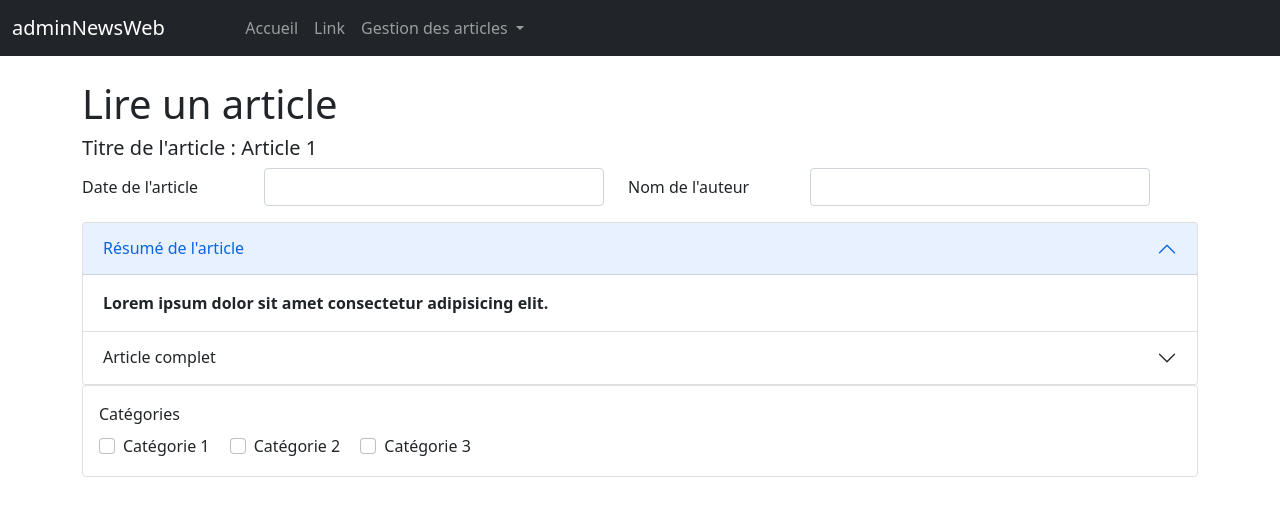
Repository: WebFormP/NewsWeb_PHP
Page: http://localhost/admin/?p=lireArticle
An editor plug-in stored every save of this project. The page is shown before and after the next save, followed by the edit.
The browser window is 1280 px wide. The pictures show the whole page.
The page is run by PHP 8.4 with error messages shown; the project is at /var/www/html/.

Above is the page before, as saved 2022-01-20 13:53:04.

### admin/index.php
<?php

include "./header.php";
include "./" . (isset($_GET["p"]) && !empty($_GET["p"]) ? $_GET["p"] : "lireTousArticles") . ".php";
include "./footer.php";

### admin/header.php
<?php
?>
<!doctype html>
<html lang="fr">

<head>
    <!-- Required meta tags -->
    <meta charset="utf-8">
    <meta name="viewport" content="width=device-width, initial-scale=1">

    <!-- Bootstrap CSS -->
    <link href="https://cdn.jsdelivr.net/npm/bootstrap@5.1.3/dist/css/bootstrap.min.css" rel="stylesheet" integrity="sha384-1BmE4kWBq78iYhFldvKuhfTAU6auU8tT94WrHftjDbrCEXSU1oBoqyl2QvZ6jIW3" crossorigin="anonymous">

    <title>NewsWeb - Créer un article</title>
</head>

<body>
    <nav class="navbar navbar-expand-lg navbar-dark bg-dark mb-4">
        <div class="container-fluid">
            <a class="navbar-brand col-2" href="#">adminNewsWeb</a>
            <button class="navbar-toggler" type="button" data-bs-toggle="collapse" data-bs-target="#navbarSupportedContent" aria-controls="navbarSupportedContent" aria-expanded="false" aria-label="Toggle navigation">
                <span class="navbar-toggler-icon"></span>
            </button>
            <div class="collapse navbar-collapse" id="navbarSupportedContent">
                <ul class="navbar-nav me-auto mb-2 mb-lg-0 col-10">
                    <li class="nav-item">
                        <a class="nav-link" aria-current="page" href="./">Accueil</a>
                    </li>
                    <li class="nav-item">
                        <a class="nav-link" href="./">Link</a>
                    </li>
                    <li class="nav-item dropdown">
                        <a class="nav-link dropdown-toggle" href="#" id="navbarDropdown" role="button" data-bs-toggle="dropdown" aria-expanded="false">
                            Gestion des articles
                        </a>
                        <ul class="dropdown-menu" aria-labelledby="navbarDropdown">
                            <li><a class="dropdown-item" href="./?p=lireArticle">Lire un article</a></li>
                            <li><a class="dropdown-item" href="./?p=creerArticle">Créer un article</a></li>
                            <li><a class="dropdown-item" href="./?p=modifierArticle">Modifier un article</a></li>
                            <li><a class="dropdown-item" href="./?p=supprimerArticle">Supprimer un article</a></li>
                            <li>
                                <hr class="dropdown-divider">
                            </li>
                            <li><a class="dropdown-item" href="./?p=lireTousArticles">Liste des articles</a></li>
                        </ul>
                    </li>
                </ul>
            </div>
        </div>
    </nav>

### admin/lireArticle.php
<div class="container">
  <h1 class="col-12">Lire un article</h1>

  <h5>Titre de l'article : Article 1</h5>
  <div class="row">
    <div class="mb-3 row col-6">
      <label for="titreArticle" class="col-form-label col-4">Date de l'article</label>
      <div class="col-8">
        <input type="text" class="form-control" id="titreArticle" name="titreArticle">
      </div>
    </div>
    <div class="mb-3 row col-6">
      <label for="nomAuteur" class="col-form-label col-4">Nom de l'auteur</label>
      <div class="col-8">
        <input type="text" class="form-control" id="nomAuteur" name="nomAuteur">
      </div>
    </div>
  </div>

  <div class="accordion" id="accordionExample">
    <div class="accordion-item">
      <h2 class="accordion-header" id="headingOne">
        <button class="accordion-button" type="button" data-bs-toggle="collapse" data-bs-target="#collapseOne" aria-expanded="true" aria-controls="collapseOne">
          Résumé de l'article
        </button>
      </h2>
      <div id="collapseOne" class="accordion-collapse collapse show" aria-labelledby="headingOne" data-bs-parent="#accordionExample">
        <div class="accordion-body">
          <strong>Lorem ipsum dolor sit amet consectetur adipisicing elit.</strong>
        </div>
      </div>
    </div>
    <div class="accordion-item">
      <h2 class="accordion-header" id="headingTwo">
        <button class="accordion-button collapsed" type="button" data-bs-toggle="collapse" data-bs-target="#collapseTwo" aria-expanded="false" aria-controls="collapseTwo">
          Article complet
        </button>
      </h2>
      <div id="collapseTwo" class="accordion-collapse collapse" aria-labelledby="headingTwo" data-bs-parent="#accordionExample">
        <div class="accordion-body">
          <p>Lorem, ipsum dolor sit amet consectetur adipisicing elit. Quam voluptates, nulla porro magni itaque odio expedita, ea perferendis perspiciatis, deserunt tenetur amet veniam minus dolor blanditiis sequi obcaecati iure laboriosam.</p>
        </div>
      </div>
    </div>
  </div>

  <fieldset name="categ" legend="Catégories" class="border p-3 rounded mb-3">
    <label class="form-label">Catégories</label>
    <br />
    <div class="form-check form-check-inline">
      <input class="form-check-input" type="checkbox" id="inlineCheckbox1" value="option1" name="categories">
      <label class="form-check-label" for="inlineCheckbox1">Catégorie 1</label>
    </div>
    <div class="form-check form-check-inline">
      <input class="form-check-input" type="checkbox" id="inlineCheckbox2" value="option2" name="categories">
      <label class="form-check-label" for="inlineCheckbox2">Catégorie 2</label>
    </div>
    <div class="form-check form-check-inline">
      <input class="form-check-input" type="checkbox" id="inlineCheckbox2" value="option3" name="categories">
      <label class="form-check-label" for="inlineCheckbox2">Catégorie 3</label>
    </div>
  </fieldset>

</div>

### admin/footer.php
<?php
?>

<!-- Optional JavaScript; choose one of the two! -->

<!-- Option 1: Bootstrap Bundle with Popper -->
<script src="https://cdn.jsdelivr.net/npm/bootstrap@5.1.3/dist/js/bootstrap.bundle.min.js" integrity="sha384-ka7Sk0Gln4gmtz2MlQnikT1wXgYsOg+OMhuP+IlRH9sENBO0LRn5q+8nbTov4+1p" crossorigin="anonymous"></script>

<!-- Option 2: Separate Popper and Bootstrap JS -->
<!--
    <script src="https://cdn.jsdelivr.net/npm/@popperjs/core@2.10.2/dist/umd/popper.min.js" integrity="sha384-7+zCNj/IqJ95wo16oMtfsKbZ9ccEh31eOz1HGyDuCQ6wgnyJNSYdrPa03rtR1zdB" crossorigin="anonymous"></script>
    <script src="https://cdn.jsdelivr.net/npm/bootstrap@5.1.3/dist/js/bootstrap.min.js" integrity="sha384-QJHtvGhmr9XOIpI6YVutG+2QOK9T+ZnN4kzFN1RtK3zEFEIsxhlmWl5/YESvpZ13" crossorigin="anonymous"></script>
    -->
</body>

</html>

After the next save:
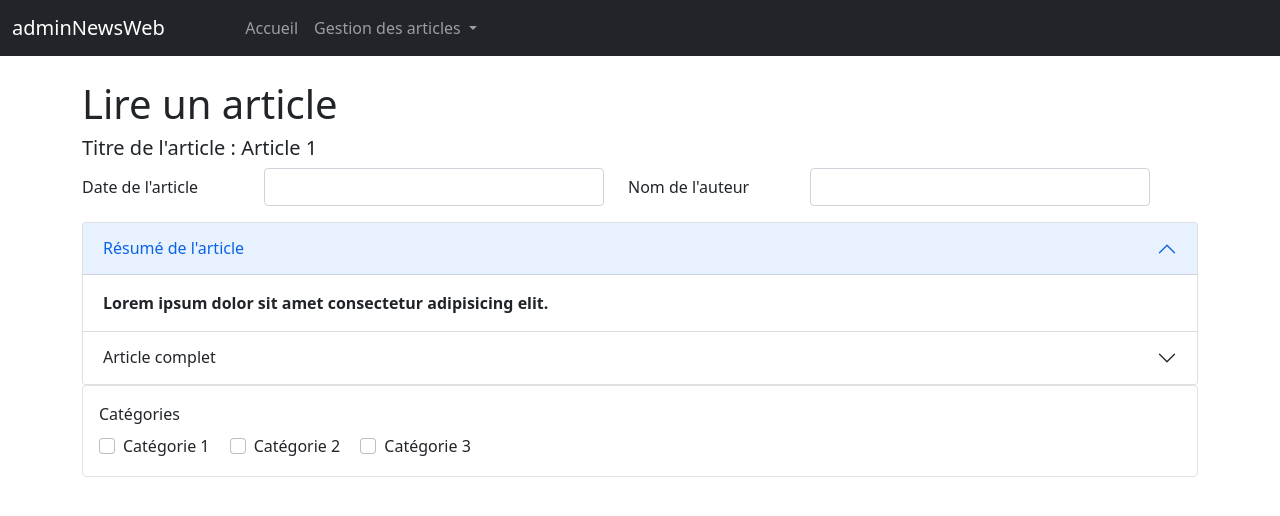
Saved 25 s later.
--- a/admin/header.php
+++ b/admin/header.php
@@ -26,9 +26,6 @@
                     <li class="nav-item">
                         <a class="nav-link" aria-current="page" href="./">Accueil</a>
                     </li>
-                    <li class="nav-item">
-                        <a class="nav-link" href="./">Link</a>
-                    </li>
                     <li class="nav-item dropdown">
                         <a class="nav-link dropdown-toggle" href="#" id="navbarDropdown" role="button" data-bs-toggle="dropdown" aria-expanded="false">
                             Gestion des articles
